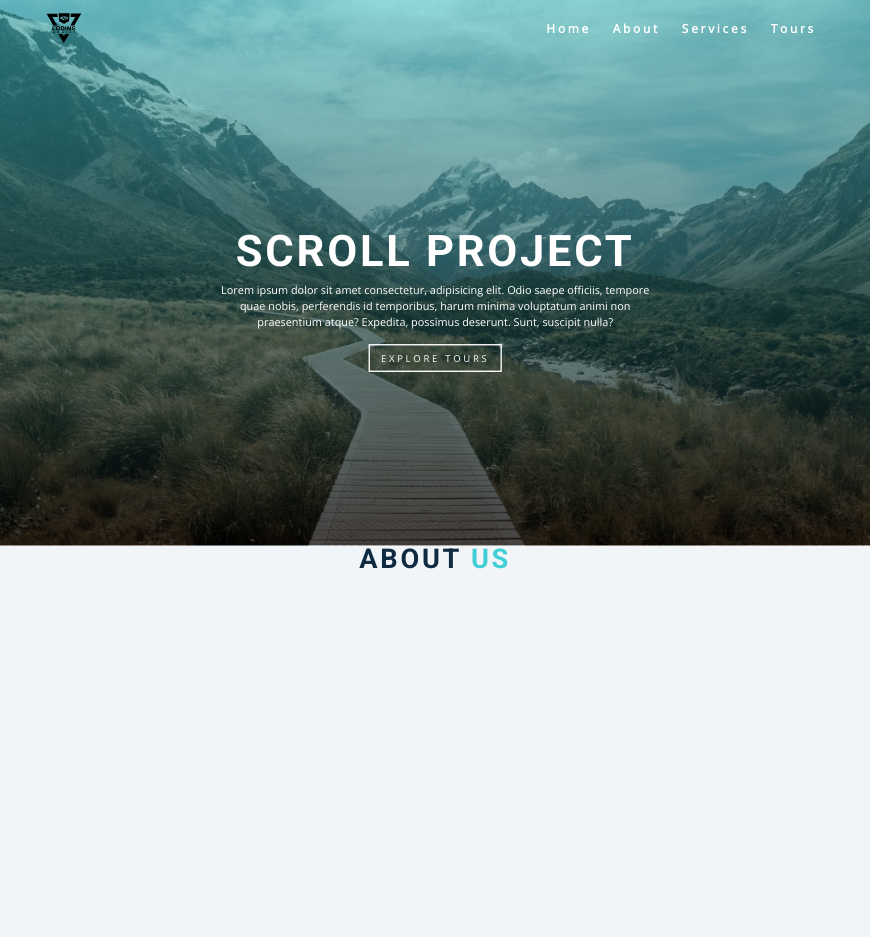
Repository: spidero7/Scroll
Page: index.html
The author's editor kept a copy of each file at every save. The page is drawn from the files as they stood at one save, then again after the next save.
The browser window is 1280 px wide. The pictures show the whole page, at 68% of full size.
Some web libraries are served in a nearby version.

Above is the page before, as saved 2021-10-07 07:03:27.

### index.html
<!DOCTYPE html>
<html lang="en">
<head>
    <meta charset="UTF-8">
    <meta http-equiv="X-UA-Compatible" content="IE=edge">
    <meta name="viewport" content="width=device-width, initial-scale=1.0">
    <title>Scroll</title>
    <link rel="stylesheet" href="styles.css">
    <link rel="stylesheet" href="https://cdnjs.cloudflare.com/ajax/libs/font-awesome/5.14.0/css/all.min.css">
</head>
<body>
    <!-- header  -->
    <header id="home">
        <!-- navbar -->
        <nav id="nav">
            <div class="nav-center">
                <!-- nav header  -->
                <div class="nav-header">
                    <img src="./imgs/logo.svg" alt="logo" class="logo"/>
                    <button class="nav-toggle">
                        <i class="fas fa-bars"></i>
                    </button>
                </div>
                <!-- links -->
                <div class="links-container">
                    <ul class="links">
                        <li>
                          <a href="#home" class="scroll-link">home</a>
                        </li>
                        <li>
                          <a href="#about" class="scroll-link">about</a>
                        </li>
                        <li>
                          <a href="#services" class="scroll-link">services</a>
                        </li>
                        <li>
                          <a href="#tours" class="scroll-link">tours</a>
                        </li>
                      </ul>
                </div>
            </div>
        </nav>
        <!-- banner -->
        <div class="banner">
            <div class="container">
                <h1>scroll project</h1>
                <p>
                    Lorem ipsum dolor sit amet consectetur, adipisicing elit. Odio saepe officiis,
                    tempore quae nobis, perferendis id temporibus, harum minima voluptatum animi non
                    praesentium atque? Expedita, possimus deserunt. Sunt, suscipit nulla?
                </p>
                <a href="#tours" class="scroll-link btn btn-white">
                    explore tours
                </a>
            </div>
        </div>
    </header>
    <!-- about -->
    <section id="about" class="section">
        <div class="title">
            <h2>about <span>us</span></h2>
        </div>
    </section>
    <script src="app.js"></script>
</body>
</html>

### styles.css
/*
===============
Fonts
===============
*/
@import url("https://fonts.googleapis.com/css?family=Open+Sans|Roboto:400,700&display=swap");

/*
===============
Variables
===============
*/

:root {
  /* dark shades of primary color*/
  --clr-primary-1: hsl(205, 86%, 17%);
  --clr-primary-2: hsl(205, 77%, 27%);
  --clr-primary-3: hsl(205, 72%, 37%);
  --clr-primary-4: hsl(205, 63%, 48%);
  /* primary/main color */
  --clr-primary-5: #49a6e9;
  /* lighter shades of primary color */
  --clr-primary-6: hsl(205, 89%, 70%);
  --clr-primary-7: hsl(205, 90%, 76%);
  --clr-primary-8: hsl(205, 86%, 81%);
  --clr-primary-9: hsl(205, 90%, 88%);
  --clr-primary-10: hsl(205, 100%, 96%);
  /* darkest grey - used for headings */
  --clr-grey-1: hsl(209, 61%, 16%);
  --clr-grey-2: hsl(211, 39%, 23%);
  --clr-grey-3: hsl(209, 34%, 30%);
  --clr-grey-4: hsl(209, 28%, 39%);
  /* grey used for paragraphs */
  --clr-grey-5: hsl(210, 22%, 49%);
  --clr-grey-6: hsl(209, 23%, 60%);
  --clr-grey-7: hsl(211, 27%, 70%);
  --clr-grey-8: hsl(210, 31%, 80%);
  --clr-grey-9: hsl(212, 33%, 89%);
  --clr-grey-10: hsl(210, 36%, 96%);
  --clr-white: #fff;
  --clr-red-dark: hsl(360, 67%, 44%);
  --clr-red-light: hsl(360, 71%, 66%);
  --clr-green-dark: hsl(125, 67%, 44%);
  --clr-green-light: hsl(125, 71%, 66%);
  --clr-secondary: hsla(182, 63%, 54%);
  --clr-black: #222;
  --ff-primary: "Roboto", sans-serif;
  --ff-secondary: "Open Sans", sans-serif;
  --transition: all 0.3s linear;
  --spacing: 0.25rem;
  --radius: 0.5rem;
  --light-shadow: 0 5px 15px rgba(0, 0, 0, 0.1);
  --dark-shadow: 0 5px 15px rgba(0, 0, 0, 0.2);
  --max-width: 1170px;
  --fixed-width: 620px;
}
/*
===============
Global Styles
===============
*/
html {
  scroll-behavior: smooth;
}
*,
::after,
::before {
  margin: 0;
  padding: 0;
  box-sizing: border-box;
}
body {
  font-family: var(--ff-secondary);
  background: var(--clr-grey-10);
  color: var(--clr-grey-1);
  line-height: 1.5;
  font-size: 0.875rem;
}
ul {
  list-style-type: none;
}
a {
  text-decoration: none;
}
img:not(.logo) {
  width: 100%;
}
img {
  display: block;
}

h1,
h2,
h3,
h4 {
  letter-spacing: var(--spacing);
  text-transform: capitalize;
  line-height: 1.25;
  margin-bottom: 0.75rem;
  font-family: var(--ff-primary);
}
h1 {
  font-size: 3rem;
}
h2 {
  font-size: 2rem;
}
h3 {
  font-size: 1.25rem;
}
h4 {
  font-size: 0.875rem;
}
p {
  margin-bottom: 1.25rem;
  color: var(--clr-grey-5);
}
@media screen and (min-width: 800px) {
  h1 {
    font-size: 4rem;
  }
  h2 {
    font-size: 2.5rem;
  }
  h3 {
    font-size: 1.75rem;
  }
  h4 {
    font-size: 1rem;
  }
  body {
    font-size: 1rem;
  }
  h1,
  h2,
  h3,
  h4 {
    line-height: 1;
  }
}
/*  global classes */

.btn {
  text-transform: uppercase;
  background: transparent;
  color: var(--clr-black);
  padding: 0.375rem 0.75rem;
  letter-spacing: var(--spacing);
  display: inline-block;
  transition: var(--transition);
  font-size: 0.875rem;
  border: 2px solid var(--clr-black);
  cursor: pointer;
  box-shadow: 0 1px 3px rgba(0, 0, 0, 0.2);
  border-radius: var(--radius);
}
.btn:hover {
  color: var(--clr-white);
  background: var(--clr-black);
}
.btn-white {
  color: var(--clr-white);
  border-color: var(--clr-white);
  border-radius: 0;
  padding: 0.5rem 1rem;
}
.btn:hover {
  background: var(--clr-white);
  color: var(--clr-secondary);
}
/* section */
.section {
  padding-bottom: 5rem;
}

.section-center {
  width: 90vw;
  margin: 0 auto;
  max-width: 1170px;
}
@media screen and (min-width: 992px) {
  .section-center {
    width: 95vw;
  }
}
main {
  min-height: 100vh;
  display: grid;
  place-items: center;
}
/*
===============
Scroll
===============
*/
/* navbar */
nav {
  background: var(--clr-white);
  padding: 1rem 1.5rem;
}
/* fixed nav */
.fixed-nav {
  position: fixed;
  top: 0;
  left: 0;
  width: 100%;
  background: var(--clr-white);
  box-shadow: var(--light-shadow);
}
.fixed-nav .links a {
  color: var(--clr-grey-1);
}
.fixed-nav .links a:hover {
  color: var(--clr-secondary);
}
/* .fixed-nav .links-container {
  height: auto !important;
} */
.nav-header {
  display: flex;
  align-items: center;
  justify-content: space-between;
}
.nav-toggle {
  font-size: 1.5rem;
  color: var(--clr-grey-1);
  background: transparent;
  border-color: transparent;
  transition: var(--transition);
  cursor: pointer;
}
.nav-toggle:hover {
  color: var(--clr-secondary);
}
.logo {
  height: 50px;
}
.links-container {
  height: 0;
  overflow: hidden;
  transition: var(--transition);
}
.show-links {
  height: 200px;
}
.links a {
  background: var(--clr-white);
  color: var(--clr-grey-5);
  font-size: 1.1rem;
  text-transform: capitalize;
  letter-spacing: var(--spacing);
  display: block;
  transition: var(--transition);
  font-weight: bold;
  padding: 0.75rem 0;
}
.links a:hover {
  color: var(--clr-grey-1);
}
@media screen and (min-width: 800px) {
  nav {
    background: transparent;
  }
  .nav-center {
    width: 90vw;
    max-width: 1170px;
    margin: 0 auto;
    display: flex;
    align-items: center;
    justify-content: space-between;
  }
  .nav-header {
    padding: 0;
  }
  .nav-toggle {
    display: none;
  }
  .links-container {
    height: auto !important;
  }
  .links {
    display: flex;
  }
  .links a {
    background: transparent;
    color: var(--clr-white);
    font-size: 1.1rem;
    text-transform: capitalize;
    letter-spacing: var(--spacing);
    display: block;
    transition: var(--transition);
    margin: 0 1rem;
    font-weight: bold;
    padding: 0;
  }
  .links a:hover {
    color: var(--clr-white);
  }
}
/* hero */
header {
  min-height: 100vh;
  background: linear-gradient(rgba(63, 208, 212, 0.5), rgba(0, 0, 0, 0.7)),
    url(./imgs/hero-bcg.jpeg) center/cover no-repeat;
}
.banner {
  min-height: 100vh;
  display: grid;
  place-items: center;
  text-align: center;
}
.container h1 {
  color: var(--clr-white);
  text-transform: uppercase;
}
.container p {
  color: var(--clr-white);
  max-width: 25rem;
  margin: 0 auto;
  margin-bottom: 1.25rem;
}
@media screen and (min-width: 768px) {
  .container p {
    max-width: 40rem;
  }
}
/* sections and title */
.title h2 {
  text-align: center;
  text-transform: uppercase;
}
.title span {
  color: var(--clr-secondary);
}
#about,
#services,
#tours {
  height: 80vh;
}
#services {
  background: var(--clr-white);
}
footer {
  background: var(--clr-grey-1);
  padding: 5rem 1rem;
}
footer p {
  color: var(--clr-white);
  text-align: center;
  text-transform: capitalize;
  letter-spacing: var(--spacing);
  margin-bottom: 0;
}

.top-link {
  font-size: 1.25rem;
  position: fixed;
  bottom: 3rem;
  right: 3rem;
  background: var(--clr-secondary);
  width: 2rem;
  height: 2rem;
  display: grid;
  place-items: center;
  border-radius: var(--radius);
  color: var(--clr-white);
  animation: bounce 2s ease-in-out infinite;

  visibility: hidden;
  z-index: -100;
}
.show-link {
  visibility: visible;
  z-index: 100;
}

@keyframes bounce {
  0% {
    transform: scale(1);
  }
  50% {
    transform: scale(1.5);
  }
  100% {
    transform: scale(1);
  }
}

Loaded but not shown: app.js (no stored copy; drawn as an empty file)

After the next save:
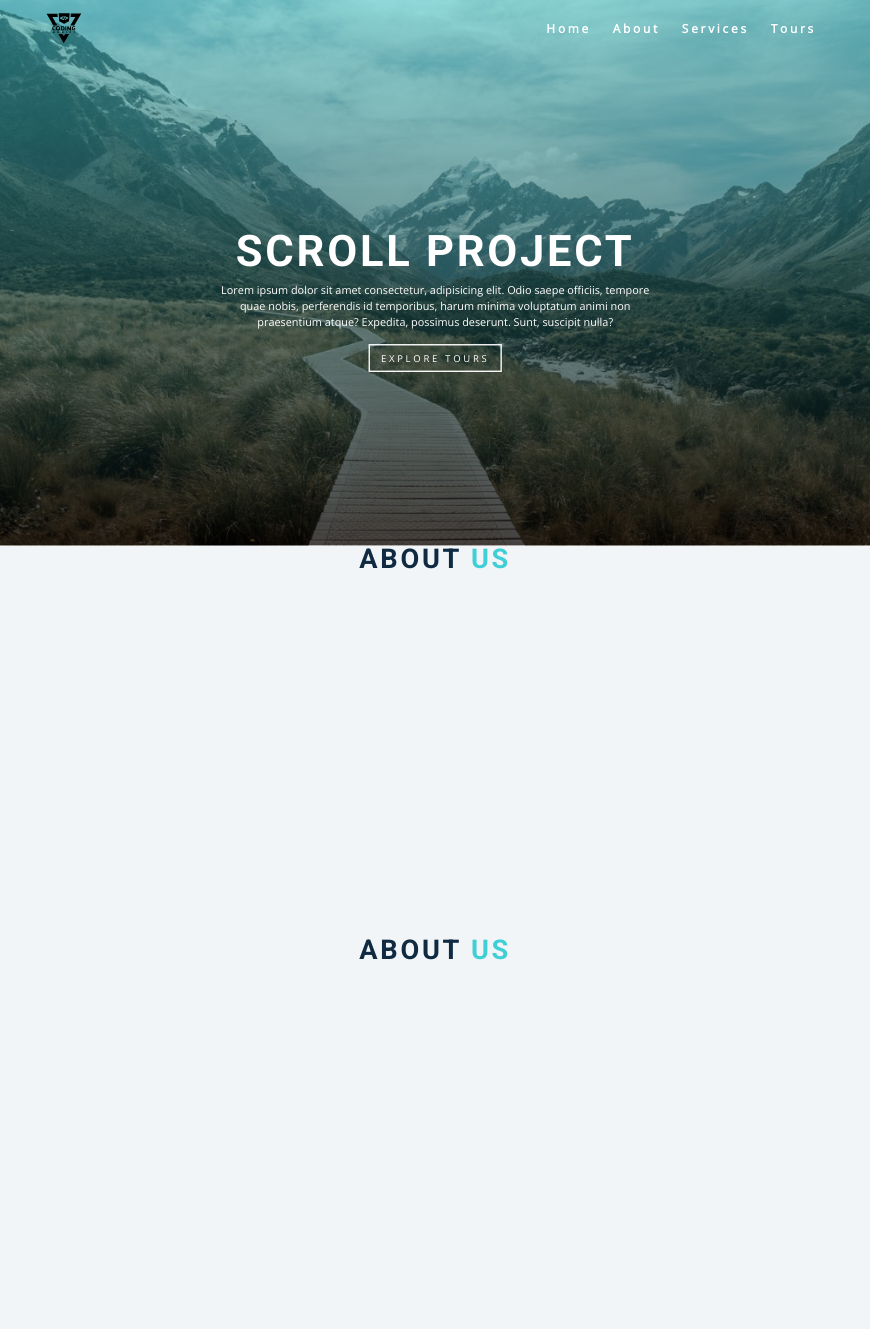
Saved 37 min 37 s later.
--- a/index.html
+++ b/index.html
@@ -61,6 +61,12 @@
             <h2>about <span>us</span></h2>
         </div>
     </section>
+    <!-- about -->
+    <section id="about" class="section">
+        <div class="title">
+            <h2>about <span>us</span></h2>
+        </div>
+    </section>
     <script src="app.js"></script>
 </body>
 </html>
